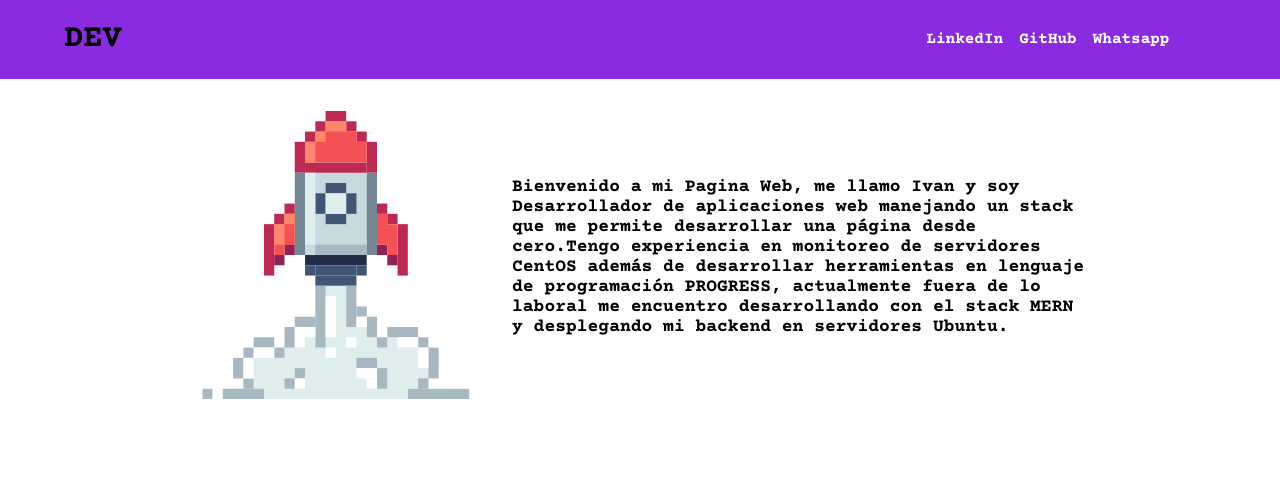
Repository: FxIvan/myweb
Page: /
These files come from the project's save history. The page is drawn as it stood at one moment and after the next save; the edit follows.
The browser window is 1280 px wide. The pictures show the whole page.
The project was rebuilt for these pictures with package versions that can differ from the ones it lists, and the page was loaded fresh each time. Also part of the build but not shown: src/component/css/stack.css.

Above is the page before, as saved 2022-11-03 11:24:31.

### public/index.html
<!DOCTYPE html>
<html lang="en">
  <head>
    <meta charset="utf-8" />
    <link rel="icon" href="%PUBLIC_URL%/favicon.ico" />
    <meta name="viewport" content="width=device-width, initial-scale=1" />
    <meta name="theme-color" content="#000000" />
    <meta
      name="description"
      content="Web site created using create-react-app"
    />
    <link rel="apple-touch-icon" href="%PUBLIC_URL%/logo192.png" />
    <!--
      manifest.json provides metadata used when your web app is installed on a
      user's mobile device or desktop. See https://developers.google.com/web/fundamentals/web-app-manifest/
    -->
    <link rel="manifest" href="%PUBLIC_URL%/manifest.json" />
    <!--
      Notice the use of %PUBLIC_URL% in the tags above.
      It will be replaced with the URL of the `public` folder during the build.
      Only files inside the `public` folder can be referenced from the HTML.

      Unlike "/favicon.ico" or "favicon.ico", "%PUBLIC_URL%/favicon.ico" will
      work correctly both with client-side routing and a non-root public URL.
      Learn how to configure a non-root public URL by running `npm run build`.
    -->
    <title>My Web |Almendra Ivan 2022</title>
    <!--FONTS GOOGLE-->
    <link rel="preconnect" href="https://fonts.googleapis.com">
    <link rel="preconnect" href="https://fonts.gstatic.com" crossorigin>
    <link href="https://fonts.googleapis.com/css2?family=Courier+Prime:wght@700&display=swap" rel="stylesheet">
  </head>
  <body>
    <noscript>You need to enable JavaScript to run this app.</noscript>
    <div id="root"></div>
    <!--
      This HTML file is a template.
      If you open it directly in the browser, you will see an empty page.

      You can add webfonts, meta tags, or analytics to this file.
      The build step will place the bundled scripts into the <body> tag.

      To begin the development, run `npm start` or `yarn start`.
      To create a production bundle, use `npm run build` or `yarn build`.
    -->
  </body>
</html>

### src/index.js
import React from 'react';
import ReactDOM from 'react-dom/client';
import './index.css';
import App from './App';
import reportWebVitals from './reportWebVitals';
import { BrowserRouter } from 'react-router-dom';


const root = ReactDOM.createRoot(document.getElementById('root'));
root.render(
  <React.StrictMode>
    <App />
  </React.StrictMode>
);

// If you want to start measuring performance in your app, pass a function
// to log results (for example: reportWebVitals(console.log))
// or send to an analytics endpoint. Learn more: https://bit.ly/CRA-vitals
reportWebVitals();

### src/App.js
import { Routes, Route, HashRouter} from "react-router-dom";
import { Header } from "./component/header/header";
import { IndexPage } from "./component/index-page";

function App() {
  return (
    <HashRouter>
    <Routes>
        <Route path="/" element={<IndexPage/>} />
    </Routes>
    </HashRouter>
  );
}

export default App;

### src/component/header/header.js
import React from 'react'
import '../css/header.css'
import { Section1 } from '../section1/section1'


export const Header = () =>{
    return(
        <div>
        <header>
            <div className='container-header'>
                <div className='subcontainer-header'>
                    <div className='container-header-logo'>
                        <h1>DEV</h1>
                    </div>
                    <div className='container-header-link'>
                        <ul>
                            <li><a href='https://www.linkedin.com/in/devalmendra/' target='_blanck'>LinkedIn</a></li>
                            <li><a href='https://github.com/FxIvan' target='_blanck'>GitHub</a></li>
                            <li><a href='https://api.whatsapp.com/send/?phone=541136887781&text&type=phone_number&app_absent=0' target='_blanck'>Whatsapp</a></li>
                        </ul>
                    </div>
                </div>
            </div>
        </header>
        <section>
            <div>
                <Section1/>
            </div>
        </section>
        </div>
    )
}

### src/component/index-page.js
import React from 'react'
import { Header } from './header/header'

export const IndexPage = () =>{
    return(
        <div>
            <Header/>
        </div>
    )
}

### src/component/css/header.css
@media only screen and (min-width: 701px) {
*{
    font-family: 'Courier Prime', monospace;
}

header{
    background-color: blueviolet;
}

.container-header{
    margin: auto;
}

.subcontainer-header{
    display: flex;
    width: 90%;
    margin: auto;
    align-items: center;
}

.container-header-logo{
    width: 70%;
}
.container-header-link{
    width: 30%;
}
.container-header-link ul, a{
    display: flex;
    text-decoration: none;
    list-style: none;
    font-family: 'Courier Prime', monospace;
    font-weight: bolder;
    font-size: 16px;
    color: white;
}

.container-header-link ul li{
    margin-left: 1rem;
}

.container-presentacion{
    width: 70%;
    margin: auto;
    margin-top: 2rem;
    align-items: center;
    display: flex;
}

.container-presentacion .presentacion-img{
   margin-right: 2rem;
}

.presentacion-img img{
    width: 40vh;
}

.presentacion-text p{
    font-size: 18px;
}
}

@media only screen and (max-width: 700px) {
    *{
        font-family: 'Courier Prime', monospace;
    }

    header{
        background-color: blueviolet;
    }

    .container-header{
        width: 90%;
        margin: auto;
    }

    .subcontainer-header{
        display: flex;
    }

    .container-header-logo{
       width: 50%;
    }
    .container-header-link{
       width: 40%;
    }
    .container-header-link ul, a{
        list-style: none;
        text-decoration: none;
    }

    .container-header-link ul li{

    }

    .container-presentacion{
        width: 100%;
        text-align: center;
        margin-top: 1rem;
    }

    .pesentacion-img{
        width: 30%;
        margin: auto;
    }
    .pesentacion-img img{
        width: 100%;
    }

    .presentacion-text{
        width: 100%;
    }
    .presentacion-text p{
      font-size: 12px;
      width: 100%;
    }
}

### src/component/section1/section1.js
import React from 'react'
import cohete from '../../media/img/coheteSection.svg'
import '../css/header.css'


export const Section1 = () =>{
    return(
        <div>
            <div className='container-presentacion'>
                <div className='presentacion-img'>
                    <img src={cohete}/>
                </div>
                <div className='presentacion-text'>
                    <div>
                        <p>Bienvenido a mi Pagina Web, me llamo Ivan y soy Desarrollador de aplicaciones web manejando un stack que me permite desarrollar una página desde cero.Tengo experiencia en monitoreo de servidores CentOS además de desarrollar herramientas en lenguaje de programación PROGRESS, actualmente fuera de lo laboral me encuentro desarrollando con el stack MERN y desplegando mi backend en servidores Ubuntu. </p>
                    </div>
                </div>
            </div>
        </div>
    )
}

### src/component/stack/stack.js
import React from 'react'
import '../css/stack.css'


export const Stack = () =>{
    return(
        <div>
            <h1>Stack</h1>
        </div>
    )
}

Loaded but not shown: src/index.css (common file); src/reportWebVitals.js (common file)

After the next save:
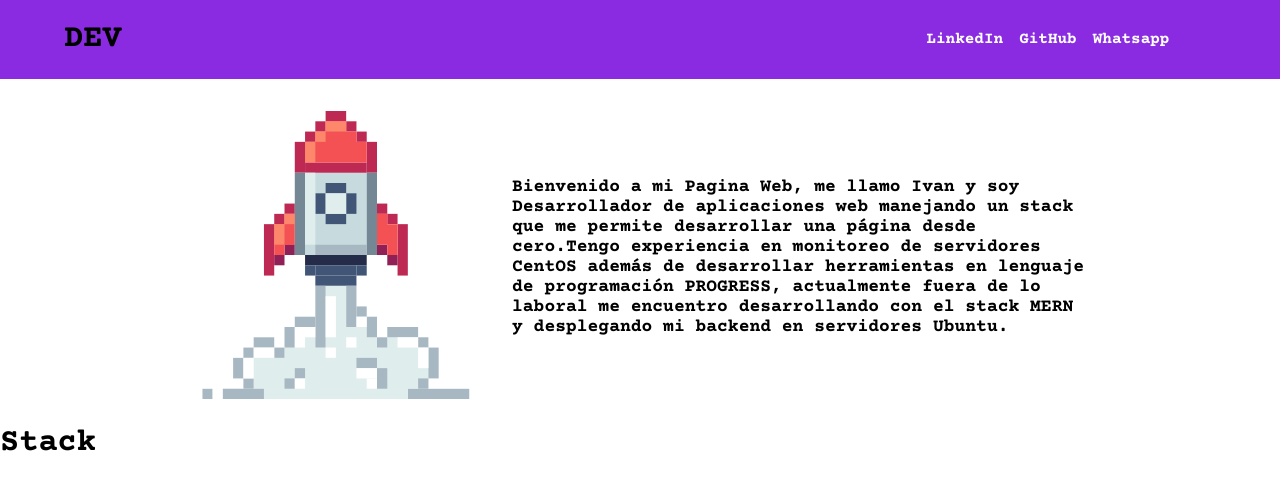
Saved 54 s later.
--- a/src/component/index-page.js
+++ b/src/component/index-page.js
@@ -1,10 +1,12 @@
 import React from 'react'
 import { Header } from './header/header'
+import { Stack } from './stack/stack'
 
 export const IndexPage = () =>{
     return(
         <div>
             <Header/>
+            <Stack/>
         </div>
     )
 }
